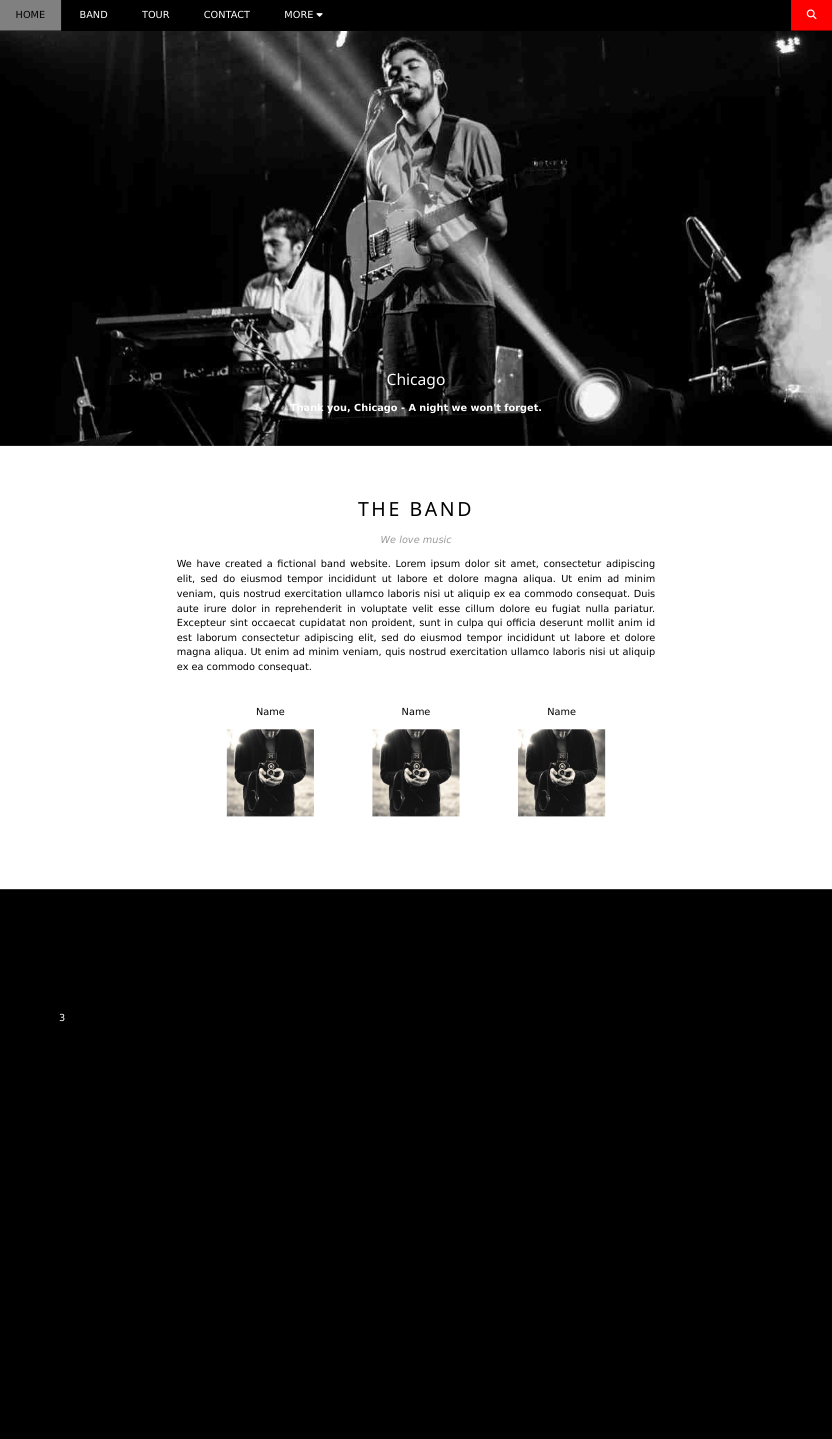
Repository: ngotranphuongbao/theband
Page: index.html
An editor plug-in stored every save of this project. The page is shown before and after the next save, followed by the edit.
The browser window is 1280 px wide. The pictures show the whole page, at 65% of full size.
Some web libraries are served in a nearby version.

Above is the page before, as saved 2022-12-22 02:09:39.

After the next save:
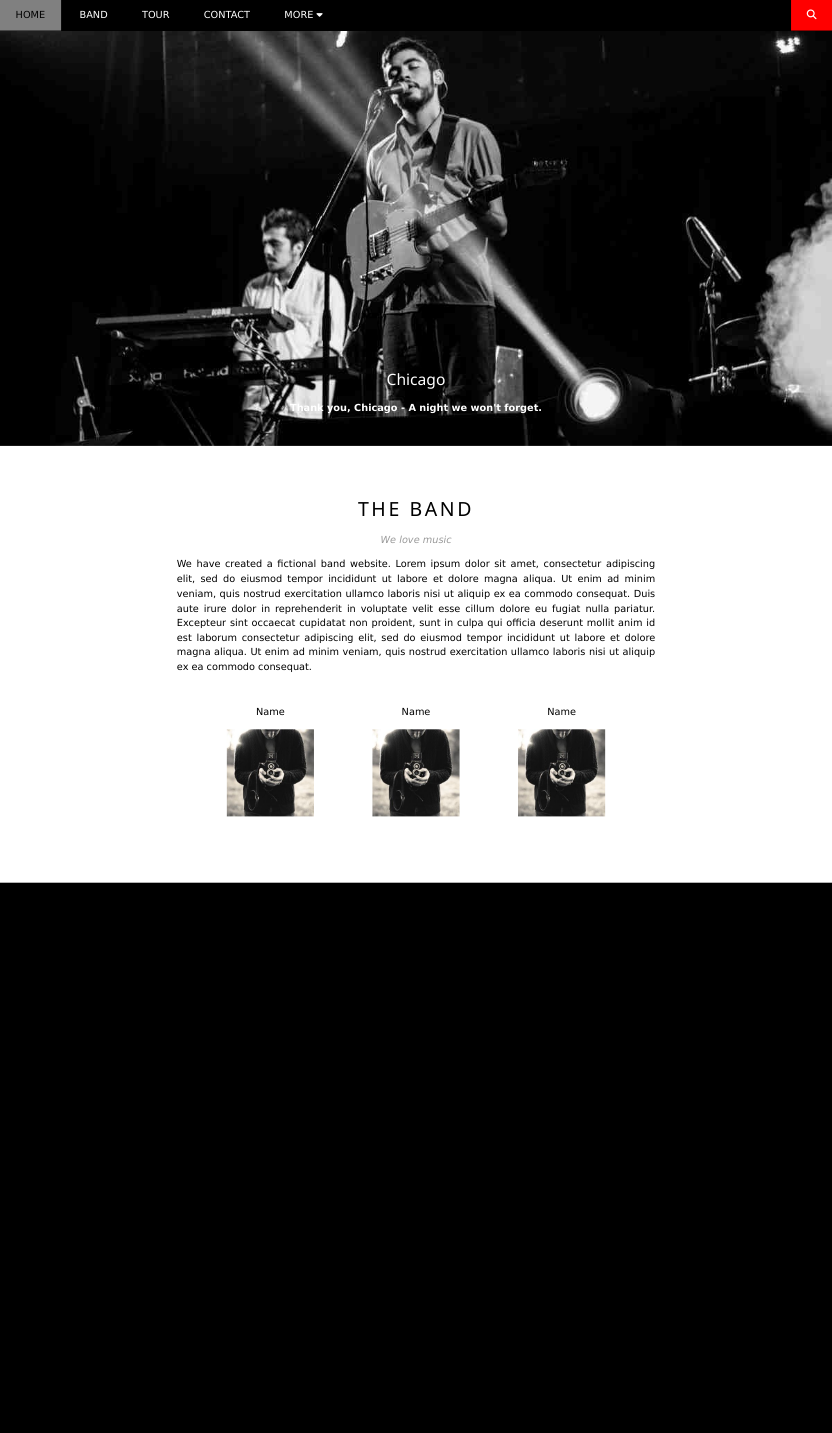
Saved 36 s later.
--- a/index.html
+++ b/index.html
@@ -69,37 +69,7 @@
             </div>
 
             <div id="tour-dates">
-                <div id="tour-dates-main">
-                    <h2 class="content-title">Tour dates</h2>
-                    <p class="content-subtitle">Remember to book your tickets!</p>
-                    <ul id="booking">
-                        <li>
-                            September
-                            <div class="sold-out">Sold out</div>
-                        </li>
-                        <li>
-                            October
-                            <div class="sold-out">Sold out</div>
-                        </li>
-                        <li>
-                            November
-                            <span class="w3-badge">3</span>
-                        </li>
-                    </ul>
-                    <div id="location">
-                        <div class="location-info">
 
-                        </div>
-
-                        <div id="location-info-center" class="location-info">
-
-                        </div>
-
-                        <div class="location-info">
-
-                        </div>
-                    </div>
-                </div>
 
 
             </div>
